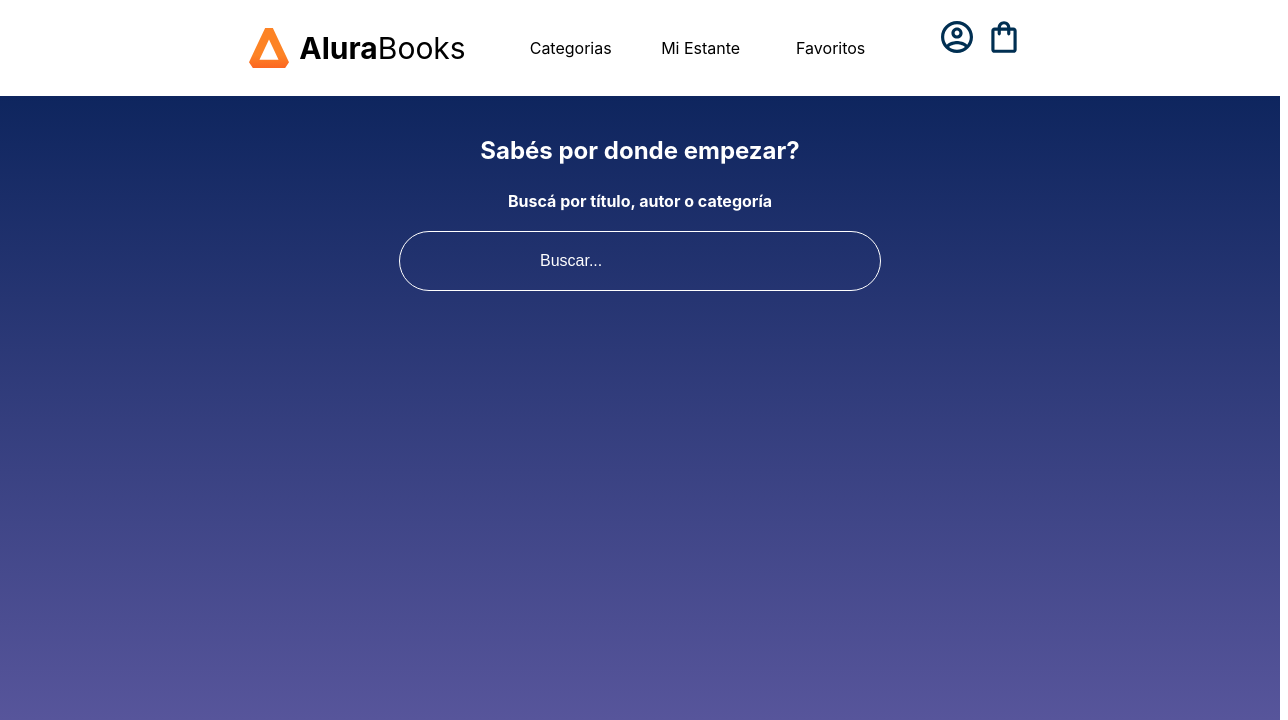
Repository: SandroG1977/Alura.Books
Page: /
An editor plug-in stored every save of this project. The page is shown before and after the next save, followed by the edit.
The browser window is 1280 px wide. The page is 1280 px wide, then 1288 px, so the pictures cover 1288 px, including what lies to the right of the window. The pictures show the whole page.
The project was rebuilt for these pictures with package versions that can differ from the ones it lists, and the page was loaded fresh each time.

Above is the page before, as saved 2026-04-09 15:37:23.

### src/index.js
import React from 'react';
import ReactDOM from 'react-dom/client';
import './index.css';
import App from './App';
import reportWebVitals from './reportWebVitals';
import { createGlobalStyle } from 'styled-components';

const GlobalStyle = createGlobalStyle`
    body {
      margin: 0;
      font-family: -apple-system, BlinkMacSystemFont, 'Segoe UI', 'Roboto', 'Oxygen',
        'Ubuntu', 'Cantarell', 'Fira Sans', 'Droid Sans', 'Helvetica Neue',
        sans-serif;
      -webkit-font-smoothing: antialiased;
      -moz-osx-font-smoothing: grayscale;
    }

    code {
      font-family: source-code-pro, Menlo, Monaco, Consolas, 'Courier New',
        monospace;
    }

    li{
      list-style: none;
    }
`;

const root = ReactDOM.createRoot(document.getElementById('root'));
root.render(
  <React.StrictMode>
    <App />
  </React.StrictMode>
);

// If you want to start measuring performance in your app, pass a function
// to log results (for example: reportWebVitals(console.log))
// or send to an analytics endpoint. Learn more: https://bit.ly/CRA-vitals
reportWebVitals();

### src/App.js
import styled from 'styled-components';
import Header from './components/Header';
import Search from './components/Search';

const AppContainer = styled.div`
  width: 100vw;
  height: 100vh;
  background-image: linear-gradient(to bottom, #031e55, #57559b);


li{
    list-style: none;
}
`;

function App() {
  return (
    <AppContainer>
      <Header />
      <Search />
    </AppContainer>
  );
}

export default App;

### src/components/Header/index.js
import Logo from '../logo';
import OptionsHeader from '../OptionsHeader';
import IconesHeader from '../IconosHeader';
import styled from 'styled-components';

const HeaderContainer = styled.header`
    background-color: white;
    display: flex;
    justify-content: center;
`;

function Header() {
    return (
        <HeaderContainer>
            <Logo />
            <OptionsHeader />
            <IconesHeader />
        </HeaderContainer>
    );
}

export default Header;

### src/components/Search/index.js
import { useState } from 'react';
import Input from '../Input';
import styled from 'styled-components';

import livro from '../../images/livro.png'

export const livros = [
    { nome: 'Liderança em Design', id: 1, src: livro },
    { nome: 'JavaScript Assertivo', id: 2, src: livro },
    { nome: 'Cangaceiro em JavaScript', id: 3, src: livro },
    { nome: 'Aventureiros do Java', id: 4, src: livro },
]

const SearchContainer = styled.section`
    display: flex;
    flex-direction: column;
    align-items: center;
    justify-content: center;
    padding: 20px;
`;

const Titulo = styled.h2`
    font-size: 24px;
    color: #FFF;
    margin-bottom: 10px;
`;

const Subtitulo = styled.h3`
    font-size: 16px;
    color: #FFF;
    margin-bottom: 20px;
`;

function Search() {
    const [librosEncontrados, setLibrosEncontrados] = useState([]);
    return (
        <SearchContainer>
            <Titulo>Sabés por donde empezar?</Titulo>
            <Subtitulo>Buscá por título, autor o categoría</Subtitulo>
            <Input
                placeholder="Buscar..."
                onBlur={event => {

                    const query = event.target.value.toLowerCase();
                    const encontrados = livros.filter(livro =>
                        livro.nome.toLowerCase().includes(query)
                    );
                    setLibrosEncontrados(encontrados);
                }
                }
            />
            {librosEncontrados.map(livro => {
                return (
                    <div key={livro.id}>
                        <img src={livro.src} alt={livro.nome} />
                        <p>{livro.nome}</p>
                    </div>
                );
            })}

        </SearchContainer>
    );
}

export default Search;

### src/components/logo/index.js
import logo from '../../images/logo.svg';
import styled from 'styled-components';

const LogoContainer = styled.div`
    display: flex;
    font-size: 30px;
    margin-left: 5px;
`;

const LogoImage = styled.img`
    width: 40px;
    margin-right: 10px;
`;


function Logo() {
    return (
        <LogoContainer>
            <LogoImage src={logo} alt="Logo Alura Books" />
            <p><strong>Alura</strong>Books</p>
        </LogoContainer>
    );
}

export default Logo;

### src/components/OptionsHeader/index.js

import styled from 'styled-components';

const OpcionesContainer = styled.ul`
    display: flex;
`;

const Opcion = styled.li`
    font-size: 16px;
    display: flex;
    justify-content: center;
    align-items: center;
    text-align: center;
    height: 100%;
    padding: 0 5px;
    cursor: pointer;
    min-width: 120px;
`;



const textoOpciones = ['Categorias', 'Mi Estante', 'Favoritos'];


function OptionsHeader() {
    return (
        <OpcionesContainer>
            {textoOpciones.map((opcion, index) => (
                <Opcion key={index}><p>{opcion}</p></Opcion>
            ))}
        </OpcionesContainer>
    );
}

export default OptionsHeader;

### src/components/IconosHeader/index.js
import perfil from '../../images/perfil.svg';
import carrito from '../../images/sacola.svg';
import styled from 'styled-components';

const IconosContainer = styled.ul`
    display: flex;
`;

const Icono = styled.li`
    width: 40px;
    margin:5px;
`;

const iconosOpciones = [perfil, carrito];

function IconesHeader() {
    return (
        <IconosContainer>
            {iconosOpciones.map((icono, index) => (
                <Icono><img src={icono} alt={`Icono ${index}`} /></Icono>
            ))}
        </IconosContainer>
    );
}

export default IconesHeader;

### src/components/Input/index.js
import syled from 'styled-components';

const Input = syled.input`
    border: 1px solid #FFF;
    background: transparent;
    border: 1px solid #FFF;
    padding: 20px 140px;
    border-radius: 50px;
    width: 200px;
    color: #FFF;
    font-size: 16px;
    margin-bottom: 10px;

    &::placeholder {
            color: #FFF;
            font-size: 16px;
    }
`;


export default Input;

Loaded but not shown: public/index.html (common file); src/index.css (common file); src/reportWebVitals.js (common file)

After the next save:
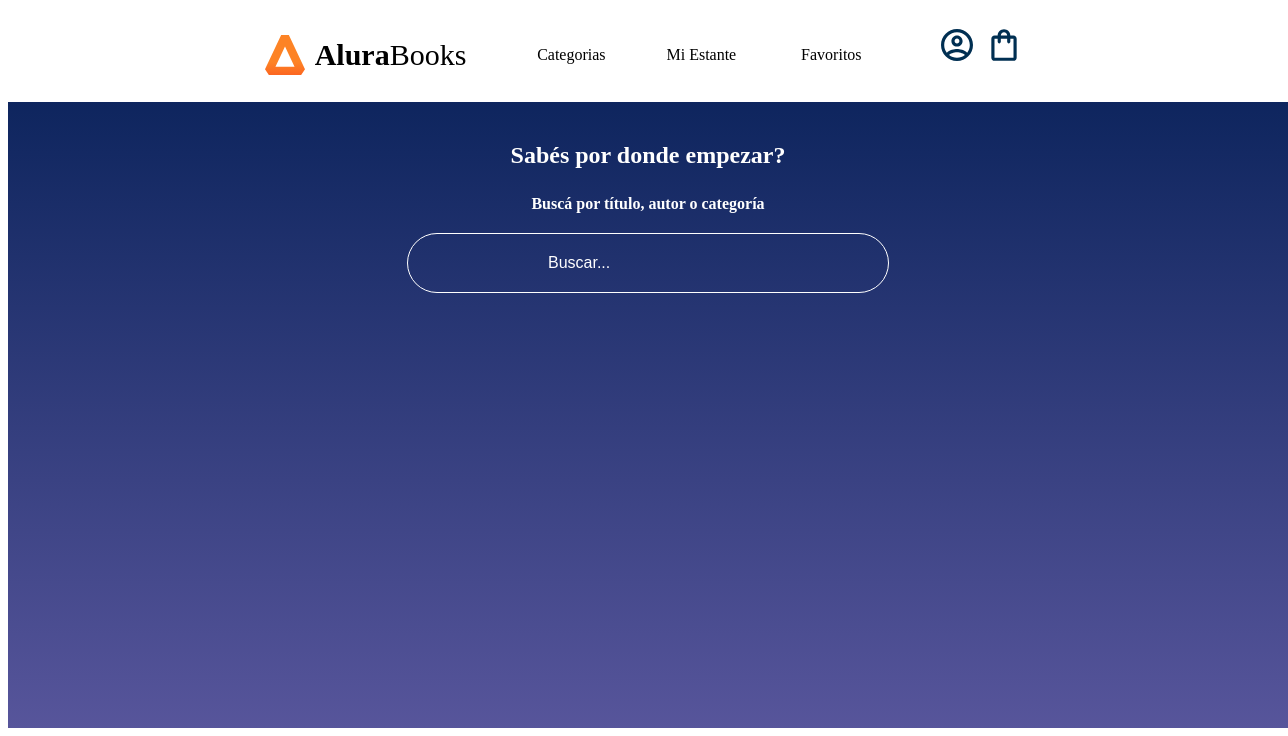
Saved 13 s later.
--- a/src/index.js
+++ b/src/index.js
@@ -1,6 +1,5 @@
 import React from 'react';
 import ReactDOM from 'react-dom/client';
-import './index.css';
 import App from './App';
 import reportWebVitals from './reportWebVitals';
 import { createGlobalStyle } from 'styled-components';
